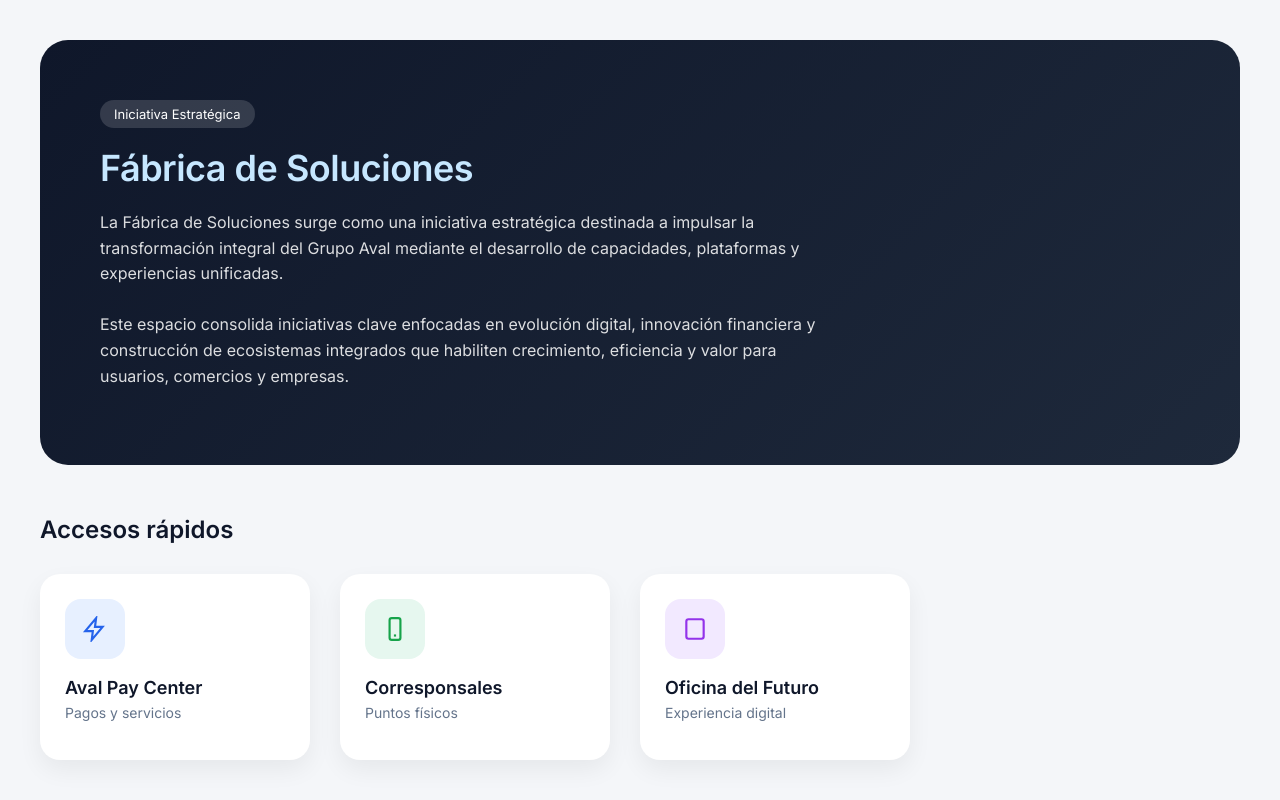
Repository: dalcava/Prototipos-Oficinas-del-futuro
Page: index.html
An editor plug-in stored every save of this project. The page is shown before and after the next save, followed by the edit.
The browser window is 1280 px wide. The pictures show the whole page.

Above is the page before, as saved 2026-02-13 00:13:56.

After the next save:
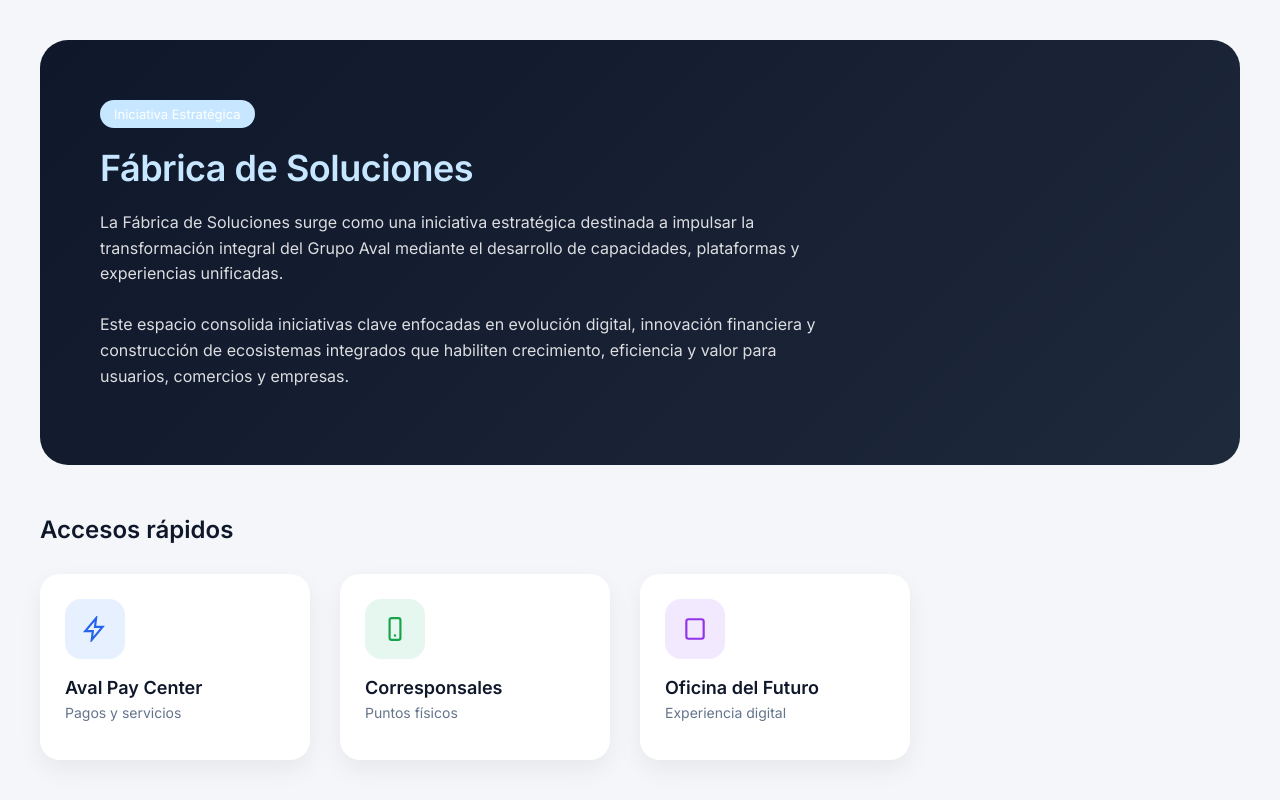
Saved 33 s later.
--- a/index.html
+++ b/index.html
@@ -61,7 +61,7 @@
 
   .hero-badge {
     display: inline-block;
-    background: rgba(255,255,255,0.15);
+    background: #C6E7FF;
     padding: 6px 14px;
     border-radius: 20px;
     font-size: 13px;
